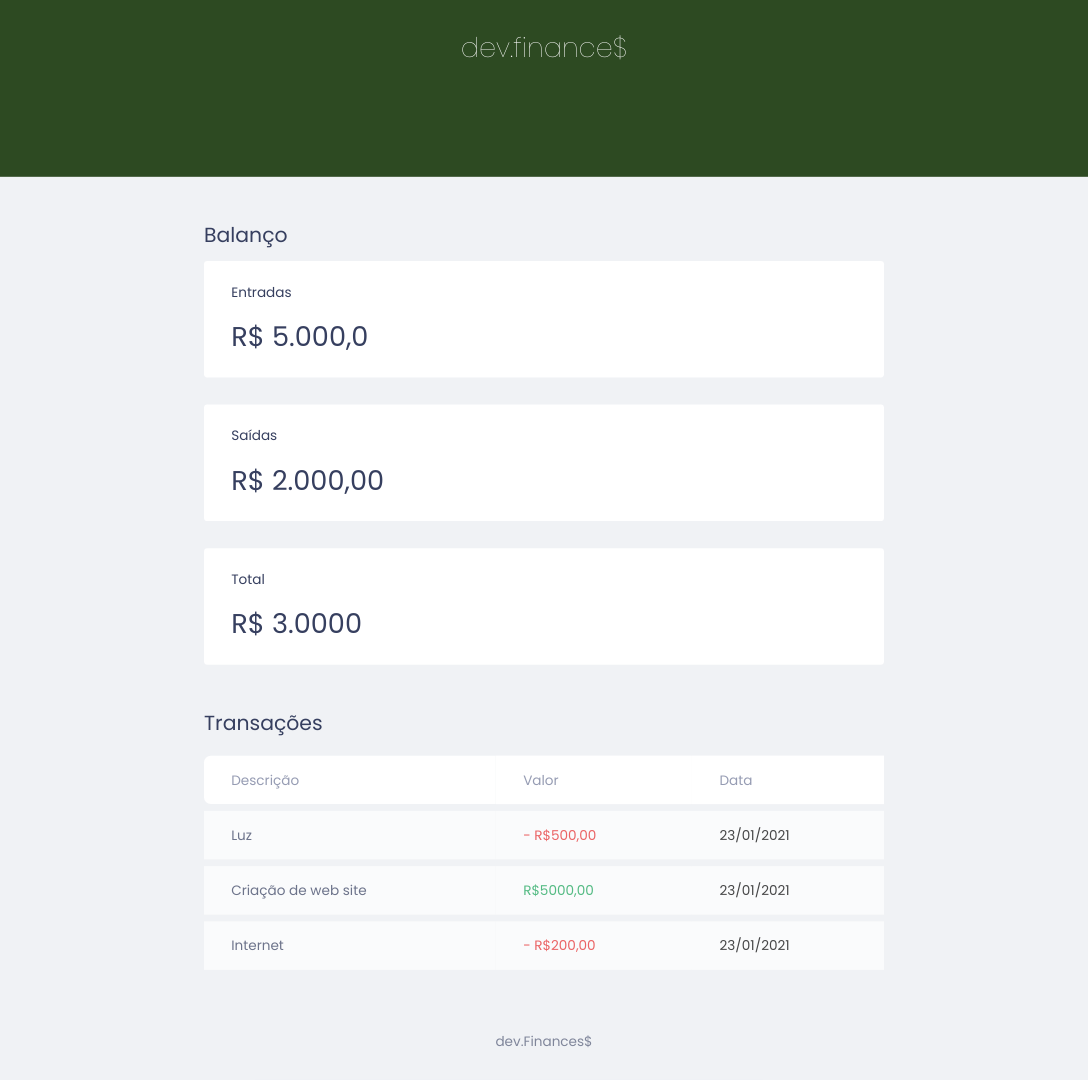
Repository: rafaelmgr12/maratona-dev01
Page: index.html
These files come from the project's save history. The page is drawn as it stood at one moment and after the next save; the edit follows.
The browser window is 1280 px wide. The pictures show the whole page, at 85% of full size.

Above is the page before, as saved 2021-04-27 19:20:51.

### index.html
<!DOCTYPE html>
<html lang="pt-br">
  <head>
    <meta charset="UTF-8" />
    <meta http-equiv="X-UA-Compatible" content="IE=edge" />
    <meta name="viewport" content="width=device-width, initial-scale=1.0" />
    <title>Rafael-app.finance$</title>
    <link rel="stylesheet" href="style.css">
    <link rel="preconnect" href="https://fonts.gstatic.com">
    <link href="https://fonts.googleapis.com/css2?family=Poppins:ital,wght@0,100;0,400;0,700;1,100;1,400;1,700&display=swap" rel="stylesheet">
  </head>
  <body>
    <header><h1 id = "logo">dev.finance$</h1></header>
    <main class = "container">
      <section id="balance">
        <h2>Balanço</h2>
        <div class = "card">
          <h3>Entradas</h3>
          <p>R$ 5.000,0</p>
        </div>
        <div class = "card">
          <h3>Saídas</h3>
          <p>R$ 2.000,00</p>
        </div>
        <div class="card">
          <h3>Total</h3>
          <p>R$ 3.0000</p>
        </div>
      </section>
      <section id = "transaction">
        <h2>Transações</h2>
        <table id= "data-table">
          <thead>
            <tr>
              <th>Descrição</th>
              <th>Valor</th>
              <th>Data</th>
            </tr>
          </thead>
          <tbody>
            <tr>
              <td class = "description">Luz</td>
              <td class = "expense">- R$500,00</td>
              <td class = "date">23/01/2021</td>
            </tr>
            <tr>
              <td class = "description">Criação de web site</td>
              <td class = "income">R$5000,00</td>
              <td class = "date">23/01/2021</td>
            </tr>
            <tr>
              <td class = "description">Internet</td>
              <td class = "expense">- R$200,00</td>
              <td class = "date">23/01/2021</td>
            </tr>
          </tbody>
        </table>
      </section>
    </main>
    <footer>dev.Finances$</footer>
  </body>
</html>

### style.css
/* Global ======================================== */
:root {
  --dark-blue: #363f5f;
}
* {
  margin: 0;
  padding: 0;
  box-sizing: border-box;
}

body {
  background: #f0f2f5;
  font-family: "Poppins", sans-serif;
}
.container {
  width: min(90vw, 800px);
  margin: auto;
}
/* Titles ======================================== */
h2 {
  margin-top: 3.2rem;
  margin-bottom: 0.8rem;
  color: var(--dark-blue);

  font-weight: normal;
}

/* Header ======================================== */
header {
  background: #2d4a22;
  padding: 2rem 0 8rem;
  text-align: center;
}

#logo {
  color: #fff;
  font-weight: 100;
}

/* Balance ======================================== */
balance {
  margin-top: -8rem;
}

balance h2 {
  color: white;
  margin-top: 0;
}

/* Cards ======================================== */

.card {
  background: white;
  padding: 1.5rem 2rem;
  border-radius: 0.25rem;

  margin-bottom: 2rem;

  color: var(--dark-blue);
}

.card h3 {
  font-weight: normal;
  font-size: 1rem;
}

.card p {
  font-size: 2rem;
  line-height: 3rem;

  margin-top: 1rem;
}

.card.total {
  background: #49aa26;
  color: white;
}
/* Table  ======================================== */
#data-table {
  width: 100%;
  border-spacing: 0 0.5rem;
}
table thead tr th:first-child,
table thead tr td:first-child {
  border-radius: 0.5rem 0 0 0.5rem;
}

table th {
  background: white;
  color: #969cb3;
  font-weight: normal;
  padding: 1rem 2rem;
  text-align: left;
}
table tbody tr {
  opacity: 0.7;
}
table tr:hover {
  opacity: 1;
}
table tbody td {
  background: white;
  padding: 1rem 2rem;
}

td.description {
  color: var(--dark-blue);
}

td.income {
  color: #12a454;
}
td.expense {
    color : #e92929;
}

/* footer ======================================== */
footer {
  text-align: center;
  padding : 4rem 0 2rem;
  color: var(--dark-blue);

  opacity : 0.6;
}

After the next save:
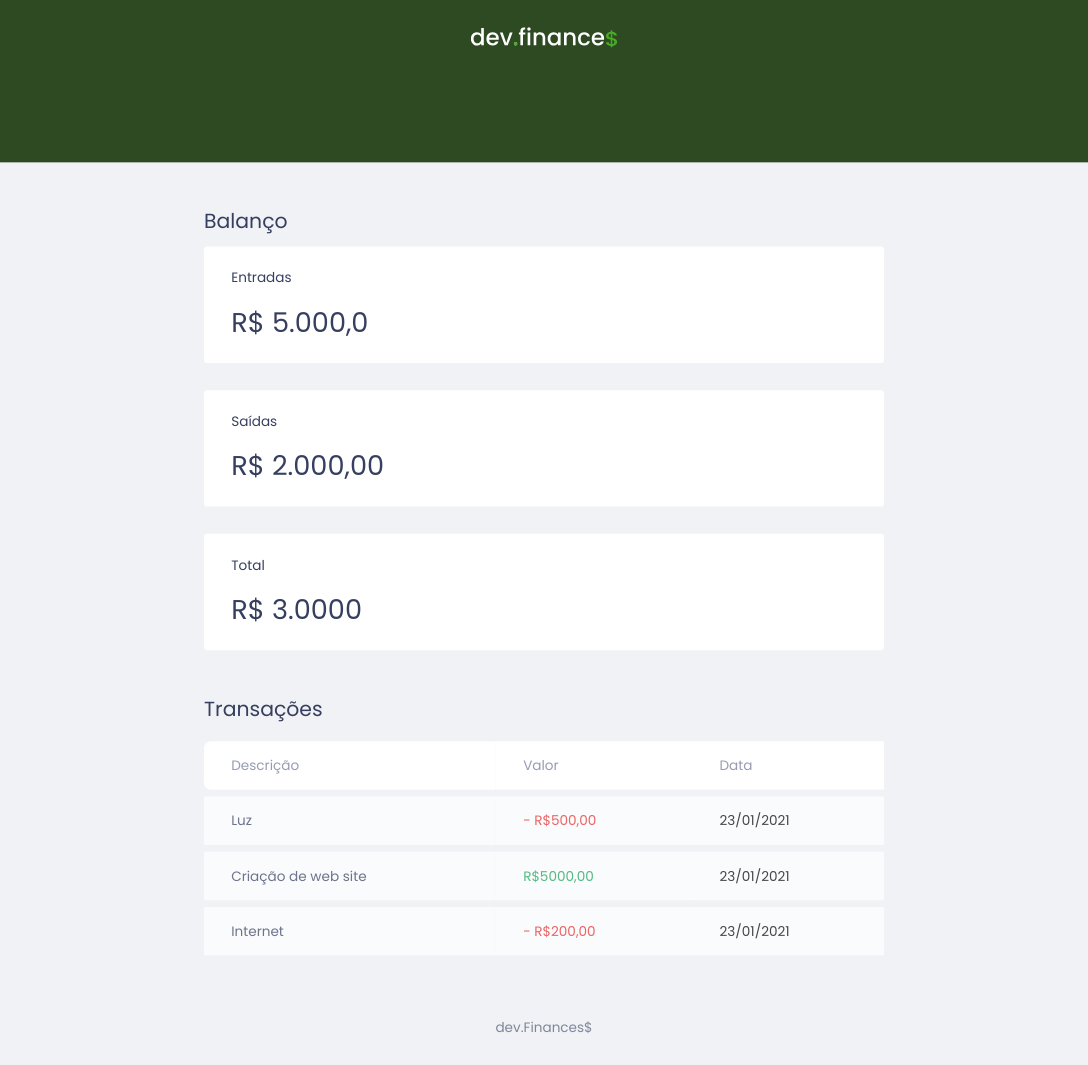
Saved 25 min 47 s later.
--- a/index.html
+++ b/index.html
@@ -10,7 +10,9 @@
     <link href="https://fonts.googleapis.com/css2?family=Poppins:ital,wght@0,100;0,400;0,700;1,100;1,400;1,700&display=swap" rel="stylesheet">
   </head>
   <body>
-    <header><h1 id = "logo">dev.finance$</h1></header>
+    <header>
+      <img src="./assets/logo.svg" alt="Logo dev.Finance">
+    </header>
     <main class = "container">
       <section id="balance">
         <h2>Balanço</h2>
